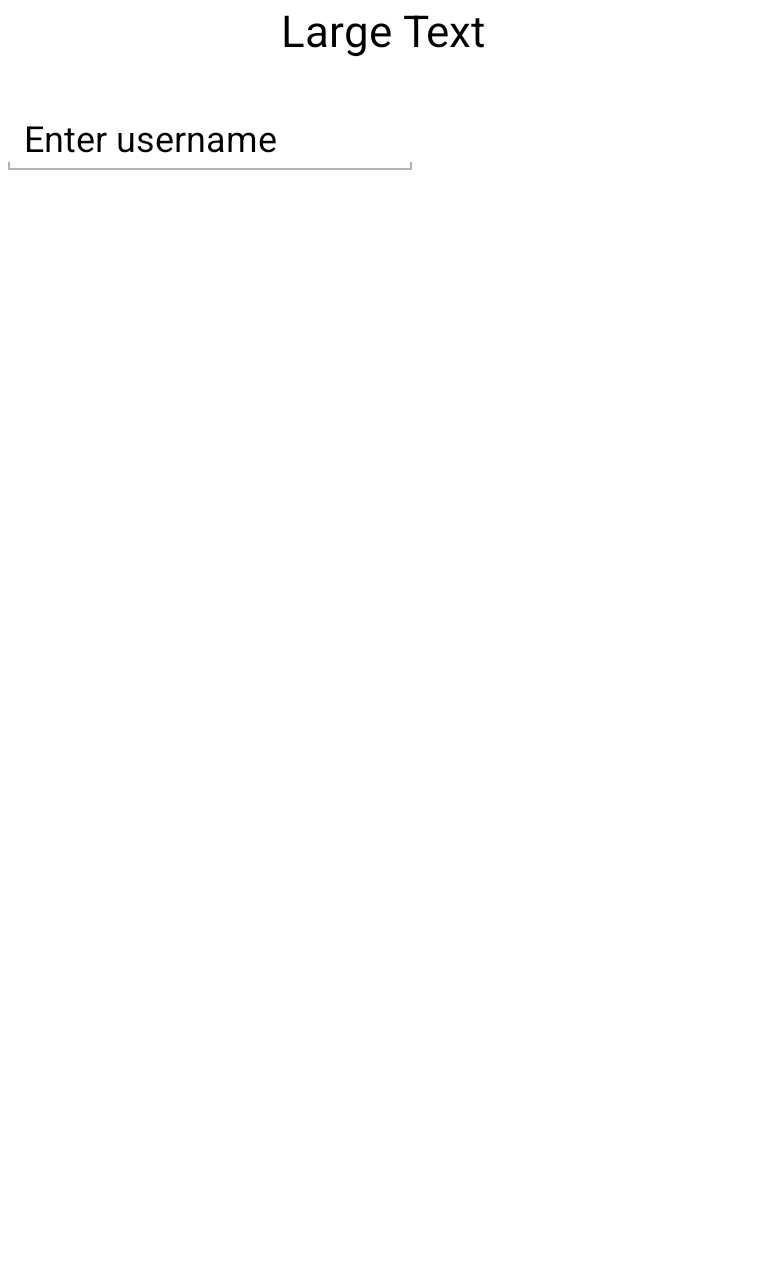
Repository: yash256/atnt
Layout: WNY Farm Fresh/res/layout/dialog.xml
These files come from the project's save history. The layout is drawn as it stood at one moment and after the next save; the edit follows.
It is drawn on a 768 x 1280 px phone screen (xhdpi) without system bars, with theme AppTheme; the app's code is not run.

Above is the layout before, as saved 2014-11-10 19:52:03.

After the next save:
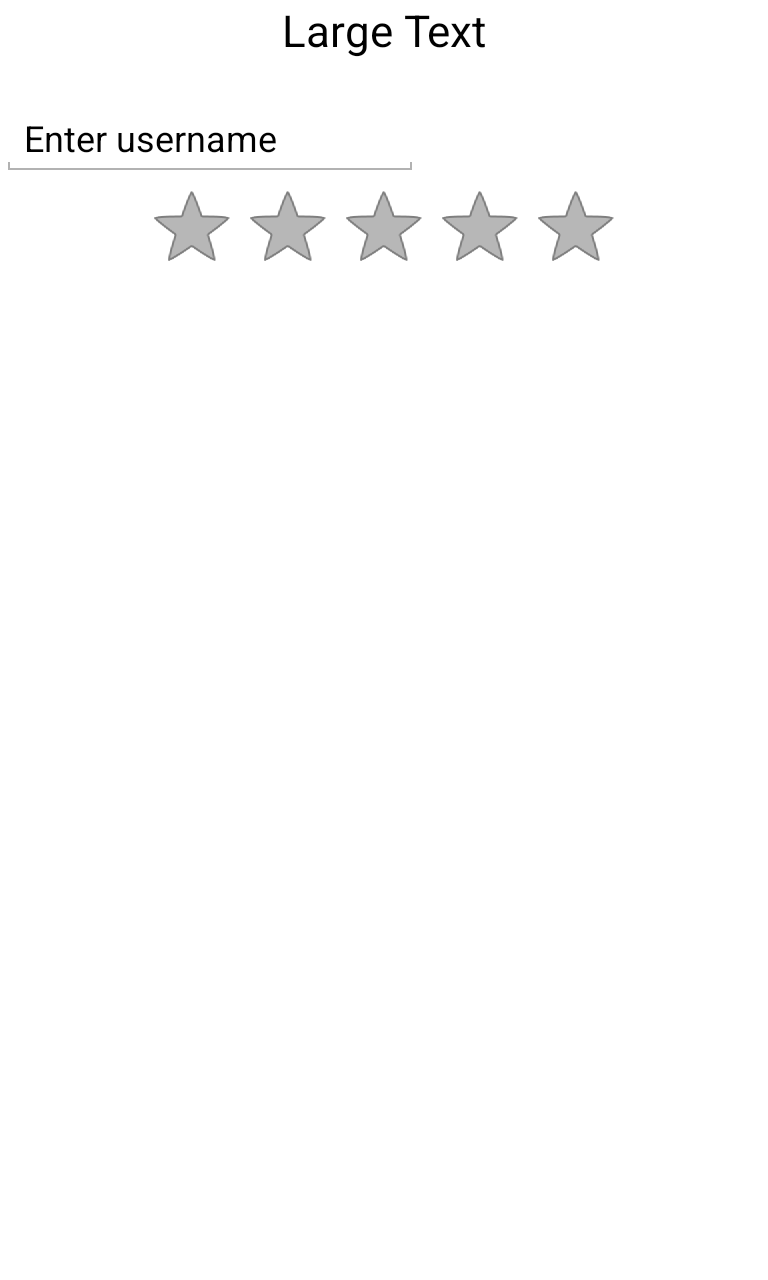
Saved 3 min 9 s later.
--- a/WNY Farm Fresh/res/layout/dialog.xml
+++ b/WNY Farm Fresh/res/layout/dialog.xml
@@ -28,4 +28,10 @@
 
     </EditText>
 
+    <RatingBar
+        android:id="@+id/ratingBar1"
+        android:layout_columnSpan="8"
+        android:layout_gravity="center_horizontal"
+        />
+
 </GridLayout>
